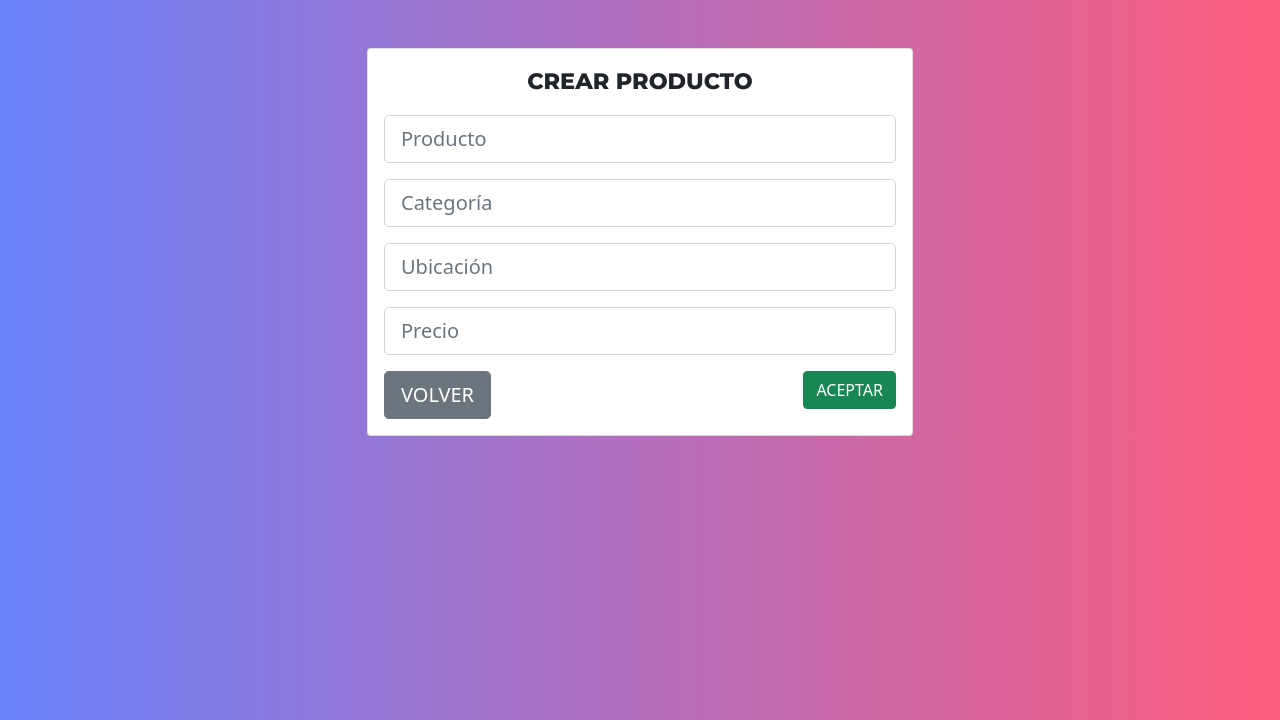
Repository: vivianaleivagalvez/crud_angular
Page: /crear-producto
The author's editor kept a copy of each file at every save. The page is drawn from the files as they stood at one save, then again after the next save.
The browser window is 1280 px wide. The pictures show the whole page.
The project was rebuilt for these pictures with package versions that can differ from the ones it lists, and the page was loaded fresh each time. Also part of the build but not shown: angular.json, src/app/components/listar-productos/listar-productos.component.ts.

Above is the page before, as saved 2022-01-27 10:52:43.

### src/index.html
<!doctype html>
<html lang="en">
<head>
  <meta charset="utf-8">
  <title>Cliente</title>
  <base href="/">

  <meta name="viewport" content="width=device-width, initial-scale=1">
  <link rel="icon" type="image/x-icon" href="favicon.ico">
  <link rel="stylesheet" href="https://cdnjs.cloudflare.com/ajax/libs/font-awesome/6.0.0-beta3/css/all.min.css">
  <link rel="preconnect" href="https://fonts.googleapis.com">
<link rel="preconnect" href="https://fonts.gstatic.com" crossorigin>
<link href="https://fonts.googleapis.com/css2?family=Montserrat:wght@800&display=swap" rel="stylesheet">
</head>
<body>
  <app-root></app-root>
</body>
</html>

### src/styles.css
/* You can add global styles to this file, and also import other style files */
body{
  background: #FC5C7D;  /* fallback for old browsers */
  background: -webkit-linear-gradient(to right, #6A82FB, #FC5C7D);  /* Chrome 10-25, Safari 5.1-6 */
  background: linear-gradient(to right, #6A82FB, #FC5C7D); /* W3C, IE 10+/ Edge, Firefox 16+, Chrome 26+, Opera 12+, Safari 7+ */
}

.titulo{
  font-size: 1.4rem;
  font-family: 'Montserrat', sans-serif;
}

### src/app/app.module.ts
import { BrowserModule } from '@angular/platform-browser';
import { NgModule } from '@angular/core';

import { ReactiveFormsModule } from '@angular/forms';
import { AppRoutingModule } from './app-routing.module';

//components
import { AppComponent } from './app.component';
import { CrearProductoComponent } from './components/crear-producto/crear-producto.component';
import { ListarProductosComponent } from './components/listar-productos/listar-productos.component';



@NgModule({
  declarations: [
    AppComponent,
    CrearProductoComponent,
    ListarProductosComponent
  ],
  imports: [
    BrowserModule,
    AppRoutingModule,
    ReactiveFormsModule
  ],
  providers: [],
  bootstrap: [AppComponent]
})
export class AppModule { }

### src/app/app-routing.module.ts
import { ListarProductosComponent } from './components/listar-productos/listar-productos.component';
import { CrearProductoComponent } from './components/crear-producto/crear-producto.component';
import { NgModule } from '@angular/core';
import { RouterModule, Routes } from '@angular/router';

const routes: Routes = [
  { path: '', component: ListarProductosComponent },
  { path: 'crear-producto', component: CrearProductoComponent },
  { path: 'editar-producto/:id', component: CrearProductoComponent },
  { path: '**', redirectTo: '', pathMatch: 'full' }
];

@NgModule({
  imports: [RouterModule.forRoot(routes)],
  exports: [RouterModule]
})
export class AppRoutingModule { }

### src/app/components/crear-producto/crear-producto.component.ts
import { Component, OnInit } from '@angular/core';
import { FormGroup, FormBuilder, Validators } from '@angular/forms';

@Component({
  selector: 'app-crear-producto',
  templateUrl: './crear-producto.component.html',
  styleUrls: ['./crear-producto.component.css']
})
export class CrearProductoComponent implements OnInit {
 productoForm: FormGroup;

  constructor(private fb: FormBuilder) {
    this.productoForm = this.fb.group({
      producto: ['', Validators.required],
      categoria: ['', Validators.required],
      ubicacion: ['', Validators.required],
      precio: ['', Validators.required],
    })

   }

  ngOnInit() {
  }

  agregarProducto(){
    console.log(this.productoForm)
  }

}

### src/app/components/crear-producto/crear-producto.component.html
<div class="container mt-5">
  <div class="row">
    <div class="col-lg-6 offset-lg-3">
      <div class="card">
        <div class="card-body text-center">
          <span class="titulo">CREAR PRODUCTO</span>
          <form class="mt-3" [formGroup]="productoForm" (ngSubmit)="agregarProducto()">
            <div class="mb-3">
              <input type="text" formControlName="producto"
               class="form-control form-control-lg" placeholder="Producto">
            </div>
            <div class="mb-3">
              <input type="text" formControlName="categoria"
              class="form-control form-control-lg" placeholder="Categoría">
            </div>
            <div class="mb-3">
              <input type="text" formControlName="ubicacion"
              class="form-control form-control-lg" placeholder="Ubicación">
            </div>
            <div class="mb-3">
              <input type="number" formControlName="precio"
              class="form-control form-control-lg" placeholder="Precio">
            </div>
            <div class="mb-3">
              <button routerLink="/" class="btn btn-secondary btn-lg float-start">VOLVER</button>
              <button type="submit" class="btn btn-success float-end">ACEPTAR</button>
            </div>
          </form>
        </div>
      </div>
    </div>
  </div>
</div>

Loaded but not shown: src/main.ts (common file); src/environments/environment.ts (common file); src/app/app.component.ts (common file); src/app/app.component.html (common file); src/app/app.component.css (no stored copy; drawn as an empty file); src/app/components/crear-producto/crear-producto.component.css (no stored copy; drawn as an empty file)

After the next save:
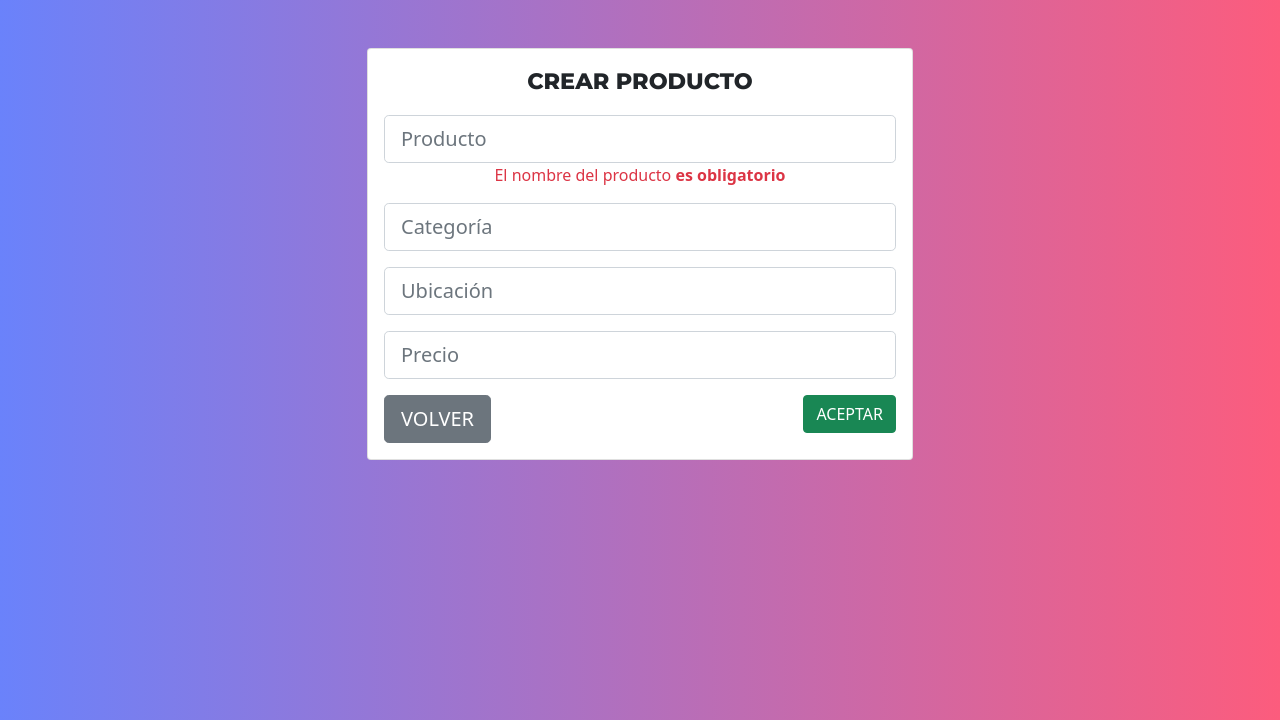
Saved 9 min 15 s later.
--- a/src/app/components/crear-producto/crear-producto.component.html
+++ b/src/app/components/crear-producto/crear-producto.component.html
@@ -8,6 +8,9 @@
             <div class="mb-3">
               <input type="text" formControlName="producto"
                class="form-control form-control-lg" placeholder="Producto">
+               <div class="text-danger">
+                 <span>El nombre del producto <strong>es obligatorio</strong> </span>
+               </div>
             </div>
             <div class="mb-3">
               <input type="text" formControlName="categoria"
